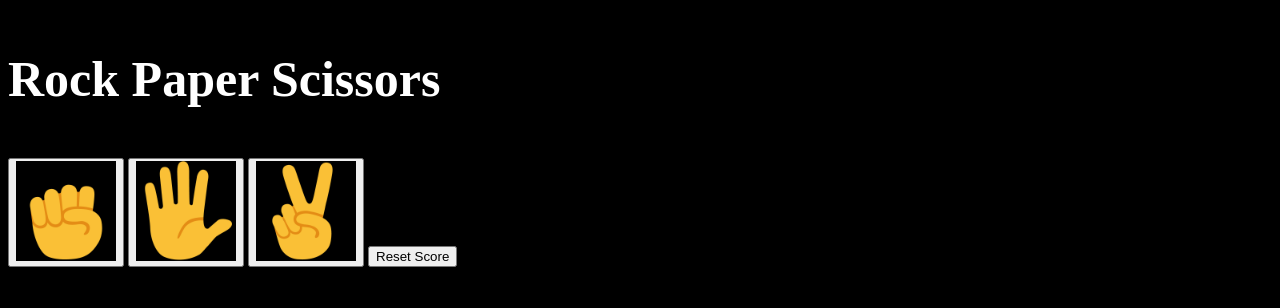
Repository: pgyunknown/Rock_paper_scissors-
Page: index.html
An editor plug-in stored every save of this project. The page is shown before and after the next save, followed by the edit.
The browser window is 1280 px wide. The pictures show the whole page.

Above is the page before, as saved 2024-08-30 17:02:19.

After the next save:
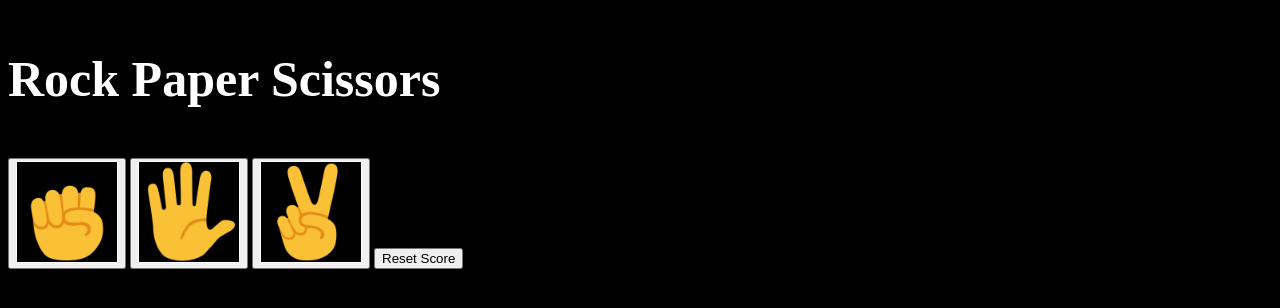
Saved 5 s later.
--- a/index.css
+++ b/index.css
@@ -11,5 +11,5 @@ button img{
   height: 100px;
   width: 100px;
   background-color: black;
-  border: ;
+  border: 1px solid white;
 }
